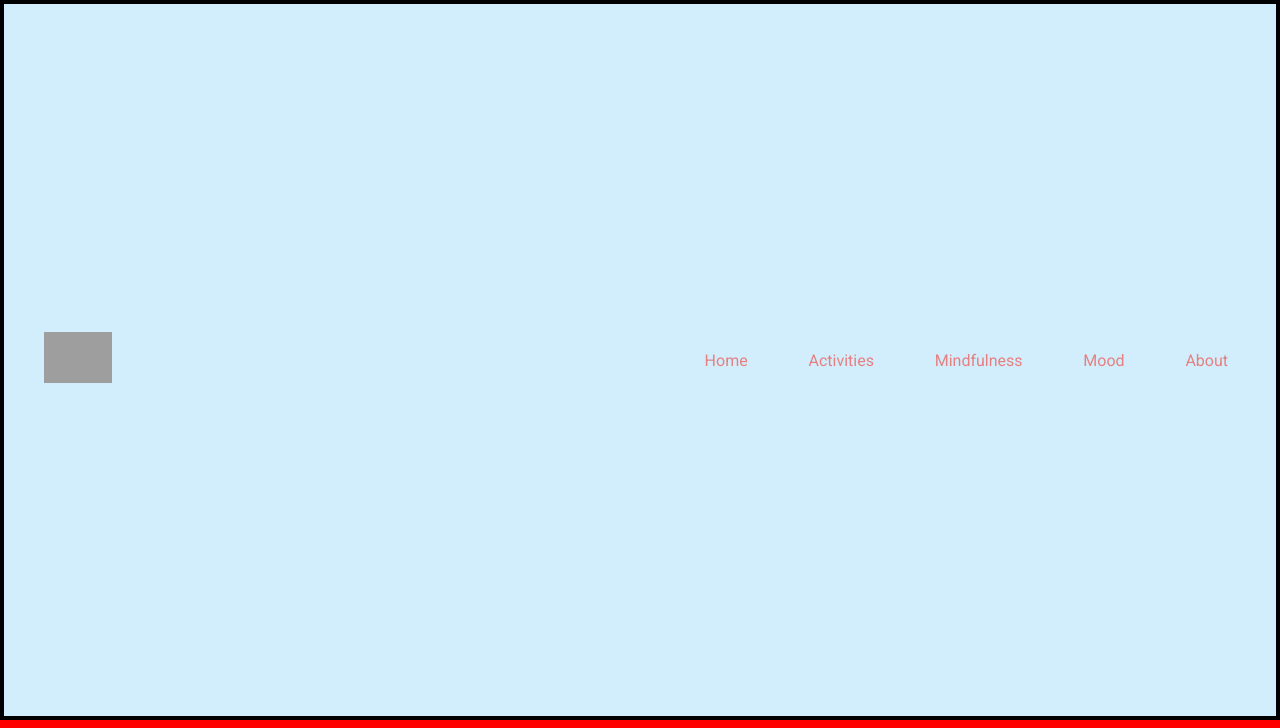
Repository: Nafisa-Huda/HealthierMind
Page: public/mindfulness.html
These files come from the project's save history. The page is drawn as it stood at one moment and after the next save; the edit follows.
The browser window is 1280 px wide. The pictures show the whole page.
Pictures or frames that could not be fetched are drawn as grey boxes. Some web fonts or font styles are not loaded; a fallback is used.

Above is the page before, as saved 2022-07-16 13:03:28.

After the next save:
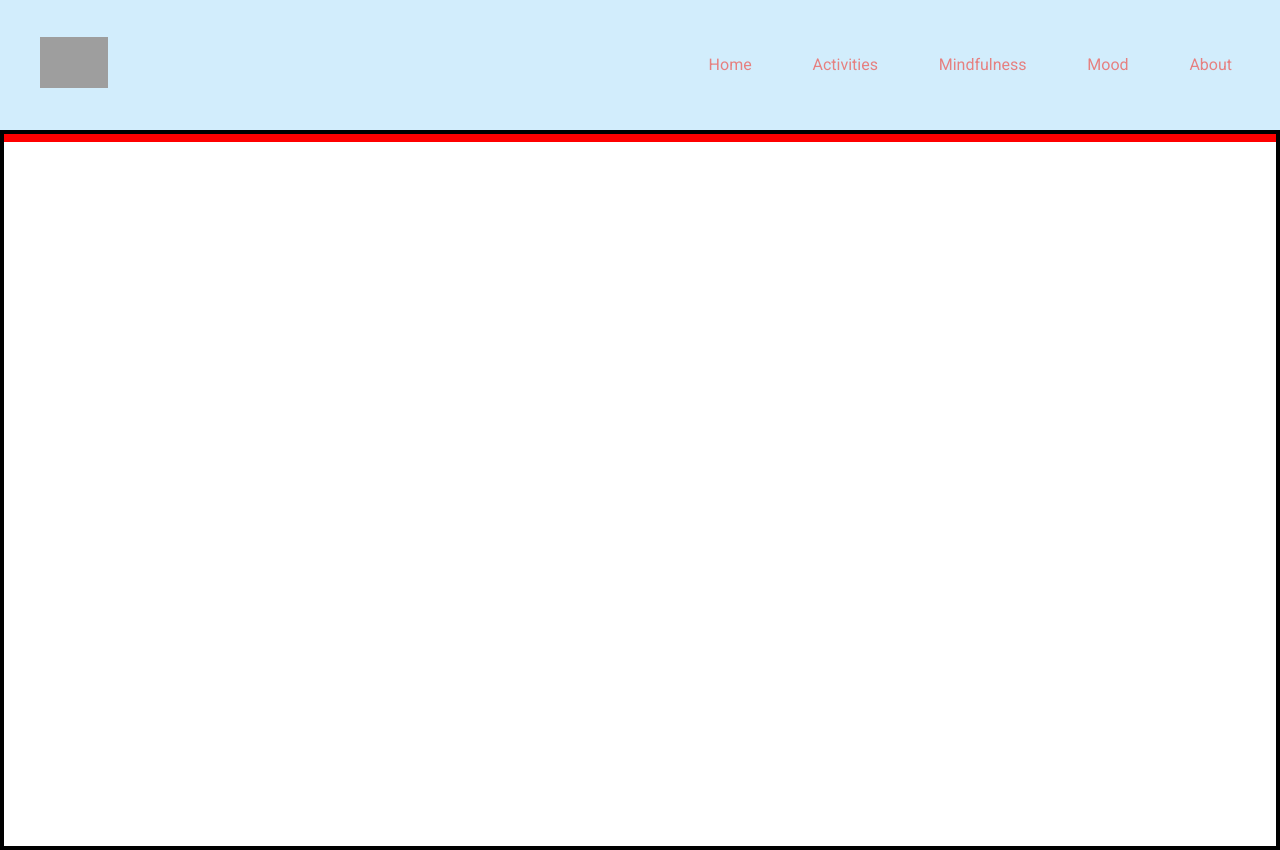
Saved 5 s later.
--- a/public/css/mindfulness.css
+++ b/public/css/mindfulness.css
@@ -125,7 +125,7 @@ header{
     background-color: rgb(244, 244, 141);
     border-radius: 2rem;
   }
-.container{
+.container__video{
   border: 0.3rem solid black;
   height: 100vh;
 }
